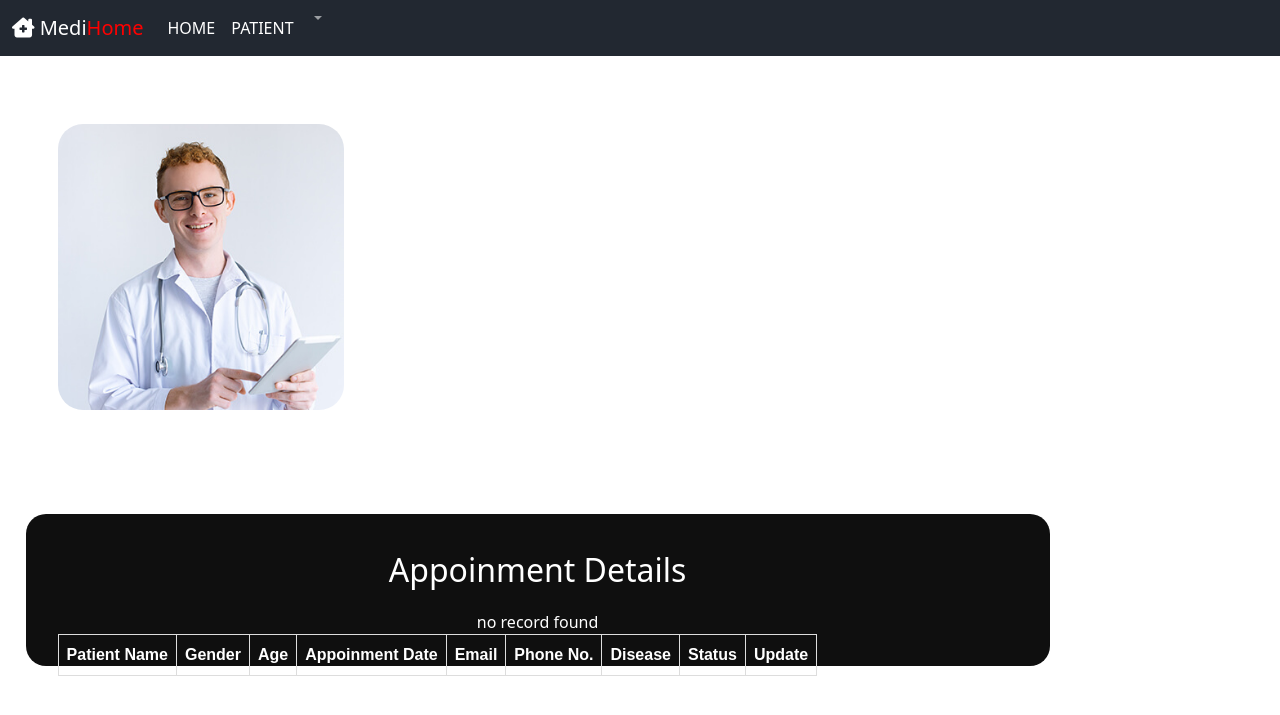
Repository: SparshGarg1/Hospital-Management-System
Page: http://localhost/Hospital/doctorpatient.jsp
These files come from the project's save history. The page is drawn as it stood at one moment and after the next save; the edit follows.
The browser window is 1280 px wide. The pictures show the whole page.
Some web libraries are served in a nearby version. The page is served by Tomcat 9. Other server files are loaded and not shown. Queries for data that is not in the repository find no rows.

Above is the page before, as saved 2022-08-20 05:12:17.

### Hospital/WebContent/doctorpatient.jsp
<%@page import="java.sql.ResultSet"%>
<%@page errorPage="component/error.jsp" %>
<%@ include file="component/db.jsp" %>
<%@ page language="java" contentType="text/html; charset=ISO-8859-1"
    pageEncoding="ISO-8859-1"%>
<!DOCTYPE html PUBLIC "-//W3C//DTD HTML 4.01 Transitional//EN" "http://www.w3.org/TR/html4/loose.dtd">
<html>
<head>
<meta http-equiv="Content-Type" content="text/html; charset=ISO-8859-1">
<title>Insert title here</title>
<%@ include file="component/allcss.jsp" %>
<style>
        @import url('https://fonts.googleapis.com/css2?family=Poppins&display=swap');

        .main{
            display: flex;
            flex-direction: row;
            justify-content: space-between;
            flex-wrap: wrap;
            height: 50vh;
        }
        table {
            font-family: arial, sans-serif;
            border-collapse: collapse;
            position: absolute;
            margin:auto;
        }

       .tr1 {
            border: 1px solid #dddddd;
            text-align: left;
            padding: 8px;
        }
        .show1{
            text-align: center;
            margin: 5vh 2vw;
            width:80%;
            background: rgb(15, 15, 15);
            border-radius: 20px;
            color: white;
            padding: 2em;
        }
        .contain{
            margin: 5vh 2vw;
            width:80%;

            width: 350px;

            border-radius: 20px;
            display: flex;
            justify-content: center;
            flex-direction: column;
            color: white;
            padding: 2em;
        }
        .head{
            font-size: 2em;
            margin-bottom: 0.5em;
        }
        .bo {
            margin: 0.2em 0;
        }
       .contain img{
       border-radius: 25px;
       }

        .loginBtn{
            width: 102%;
            height: 40px;
            border: none;
            border-radius: 10px;
            margin: 0.5em 0;
            transform: translate(-1%);
            cursor: pointer;
            color: white;
            background: linear-gradient(to right, #ff416c, #ff4b2b);
            transition: all .4s;
        }

        .loginBtn:hover{
            transform: translate(-1%, 5%);
            box-shadow: 0 0 10px #ff416d65;
        }
        .text{
            font-size: 0.8em;
            margin-top: 0.5em;
            text-align: center;
            color: rgba(255, 255, 255, 0.623);
        }
        .text a{
            color: rgba(255, 255, 255, 0.911);
        }
        </style>
</head>
<body>
<%
	HttpSession ses=request.getSession();
	String email =(String) ses.getAttribute("uid");
	int id1=0;
	String name = "";
	String dob = "";
	String qualification = "";
	String specialist = "";
	String mobile = "";
	String qr = "select * from doctor where email=?";
	PreparedStatement ps = con.prepareStatement(qr);
	ps.setString(1, email);
	ResultSet rs = ps.executeQuery();
	if(rs.next())
	{
		id1 = rs.getInt("id");
		name = rs.getString("name");
		dob = rs.getString("dob");
		qualification = rs.getString("qualification");
		specialist = rs.getString("specialist");
		mobile = rs.getString("mobile");

	}
%>
<!-- navbar  -->
<nav class="navbar navbar-expand-lg navbar-dark" style="background-color:#222831;">
  <div class="container-fluid">
    <a class="navbar-brand" href="index.jsp"><i class="fas fa-clinic-medical"></i> Medi<span style="color:red;">Home</span></a>
    <button class="navbar-toggler" type="button" data-bs-toggle="collapse" data-bs-target="#navbarSupportedContent" aria-controls="navbarSupportedContent" aria-expanded="false" aria-label="Toggle navigation">
      <span class="navbar-toggler-icon"></span>
    </button>
    <div class="collapse navbar-collapse" id="navbarSupportedContent">
      <ul class="navbar-nav  mb-2 mb-lg-0">
        <li class="nav-item">
          <a class="nav-link active" aria-current="page" href="doctorportal.jsp">HOME</a>
        </li>
        <li class="nav-item">
          <a class="nav-link active" aria-current="page" href="doctorpatient.jsp">PATIENT</a>
        </li>
        <li class="nav-item dropdown">
          <a class="nav-link dropdown-toggle" href="#" id="navbarDropdown" role="button" data-bs-toggle="dropdown" aria-expanded="false">
            <%=name %>
          </a>
          <ul class="dropdown-menu" aria-labelledby="navbarDropdown">
          	<li><a class="dropdown-item" href="doctoreditprofile.jsp">Edit Profile</a></li>
            <li><a class="dropdown-item" href="DoctorLogout">Logout</a></li>
          </ul>
        </li>
      </ul>
    </div>
  </div>
</nav>

<section class="main">
    <div class="contain">
       <img alt="" src="img/doc-3.jpg">
    </div>
    <div class="show1">
        <p class="head">Appoinment Details</p>
        <table>
            <tr class="tr1">
              <th class="tr1">Patient Name</th>
              <th class="tr1">Gender</th>
              <th class="tr1">Age</th>
              <th class="tr1">Appoinment Date</th>
              <th class="tr1">Email</th>
              <th class="tr1">Phone No.</th>
              <th class="tr1">Disease</th>
              <th class="tr1">Status</th>
              <th class="tr1">Update   </th>
            </tr>

            <%
             String qr1 = "select * from appoinment where doctor=?";
             PreparedStatement ps1 = con.prepareStatement(qr1);
             ps1.setInt(1, id1);
             ResultSet rs1 = ps1.executeQuery();
             if(rs1.next())
             {
            	 do{
            	String Name = rs1.getString("name");
         		String Gender = rs1.getString("gender");
         		int Age = rs1.getInt("age");
         		String Appdate = rs1.getString("appdate");
         		String Email = rs1.getString("email");
         		String Mobile = rs1.getString("mobile");
         		String Doctor= "";
         		String Disease = rs1.getString("Disease");
         		String Doctorns = rs1.getString("doctor");
         		String Status = rs1.getString("status");
         		String qr2 = "select * from doctor where id=?";
                PreparedStatement ps2 = con.prepareStatement(qr2);
                int Doctorn = Integer.parseInt(Doctorns);
                ps2.setInt(1, Doctorn);
                ResultSet rs2 = ps2.executeQuery();
                if(rs2.next())
                {
                	Doctor = rs2.getString("name");
                }
         		%>
         		<tr class="tr1">
                <th class="tr1"><%=Name %></th>
                <th class="tr1"><%=Gender %></th>
                <th class="tr1"><%=Age %></th>
                <th class="tr1"><%=Appdate %></th>
                <th class="tr1"><%=Email %></th>
                <th class="tr1"><%=Mobile %></th>
                <th class="tr1"><%=Disease %></th>
                <form action="StatusUpdate?name=<%= Name %>?email=<%=Email%>">
                	 <th class="tr1"><input type="text" name="status1" value="<%=Status %>"></th>
                	 <th class="tr1"><button type="submit"  value="Submit <i class="fa-solid fa-pen-to-square"></i>"></th>
                </form>

              </tr>
              <%
            	 }while(rs1.next());
             }
             else{
            	 out.println("no record found");
             }
            %>

          </table>
    </div>
</section>
</body>
</html>

### Hospital/WebContent/component/db.jsp

<%@page import="java.sql.Connection" %>
<%@page import="java.sql.DriverManager" %>
<%@page import="java.sql.PreparedStatement" %>
<%
Class.forName("com.mysql.jdbc.Driver");
Connection con=DriverManager.getConnection("jdbc:mysql://localhost:3306/hos","root","sparsh1574");
%>

### Hospital/WebContent/component/allcss.jsp
<link rel="stylesheet" href="https://cdnjs.cloudflare.com/ajax/libs/font-awesome/6.1.2/css/all.min.css" integrity="sha512-1sCRPdkRXhBV2PBLUdRb4tMg1w2YPf37qatUFeS7zlBy7jJI8Lf4VHwWfZZfpXtYSLy85pkm9GaYVYMfw5BC1A==" crossorigin="anonymous" referrerpolicy="no-referrer" />
<link href="https://cdn.jsdelivr.net/npm/bootstrap@5.0.2/dist/css/bootstrap.min.css" rel="stylesheet" integrity="sha384-EVSTQN3/azprG1Anm3QDgpJLIm9Nao0Yz1ztcQTwFspd3yD65VohhpuuCOmLASjC" crossorigin="anonymous">
<script src="https://cdn.jsdelivr.net/npm/bootstrap@5.0.2/dist/js/bootstrap.bundle.min.js" integrity="sha384-MrcW6ZMFYlzcLA8Nl+NtUVF0sA7MsXsP1UyJoMp4YLEuNSfAP+JcXn/tWtIaxVXM" crossorigin="anonymous"></script>

After the next save:
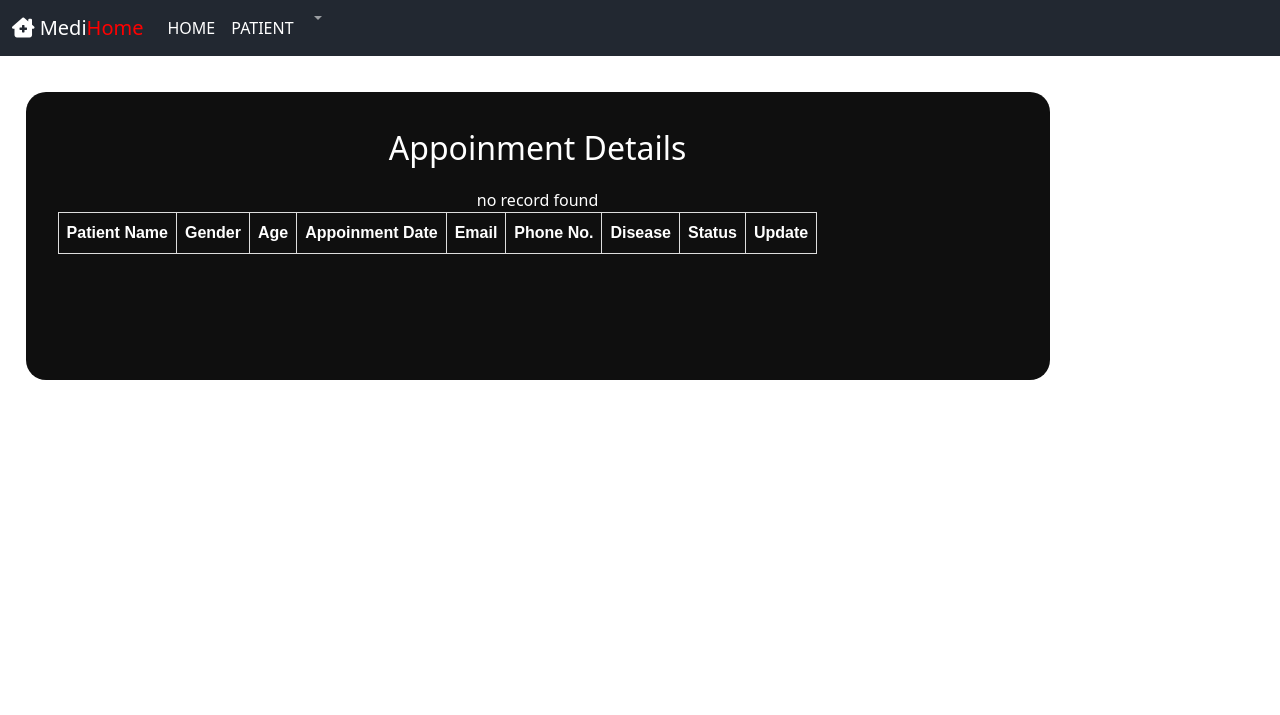
Saved 24 s later.
--- a/Hospital/WebContent/doctorpatient.jsp
+++ b/Hospital/WebContent/doctorpatient.jsp
@@ -147,9 +147,7 @@
 </nav>
 
 <section class="main">
-    <div class="contain">
-       <img alt="" src="img/doc-3.jpg">
-    </div>
+
     <div class="show1">
         <p class="head">Appoinment Details</p>
         <table>
